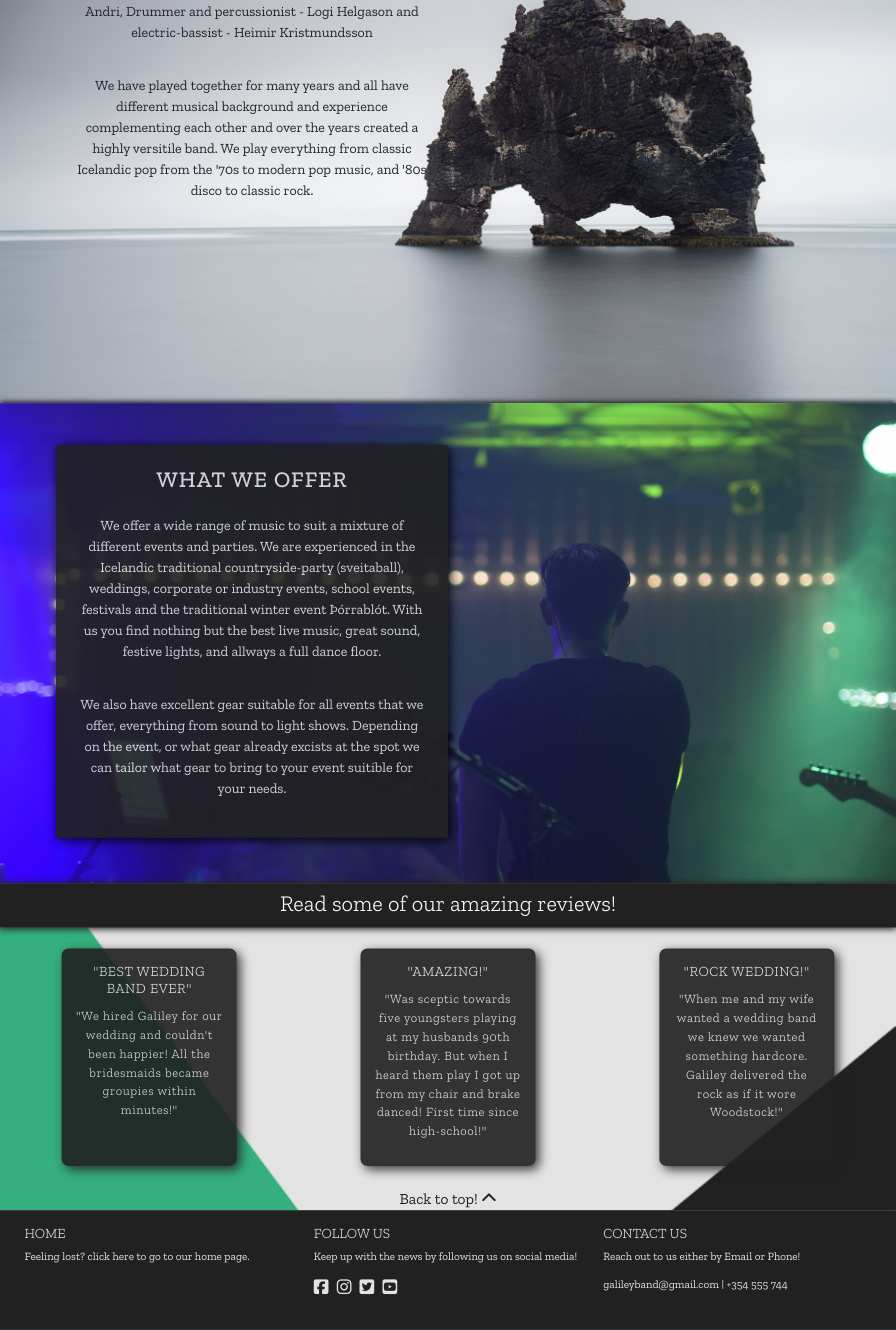
Repository: HeimirDavid/Galiley-Website
Page: index.html
The author's editor kept a record of every edit. The page is drawn from the files as they stood at one moment, then again after the next edit.
The browser window is 1280 px wide. The pictures show the part of the page from y = 827 to 2747 px (the page is 2727 px tall before and 2747 px after), at 70% of full size.
Backgrounds fixed to the window are drawn as part of the page. Some web libraries are served in a nearby version.

Above is the page before.

After the next edit:
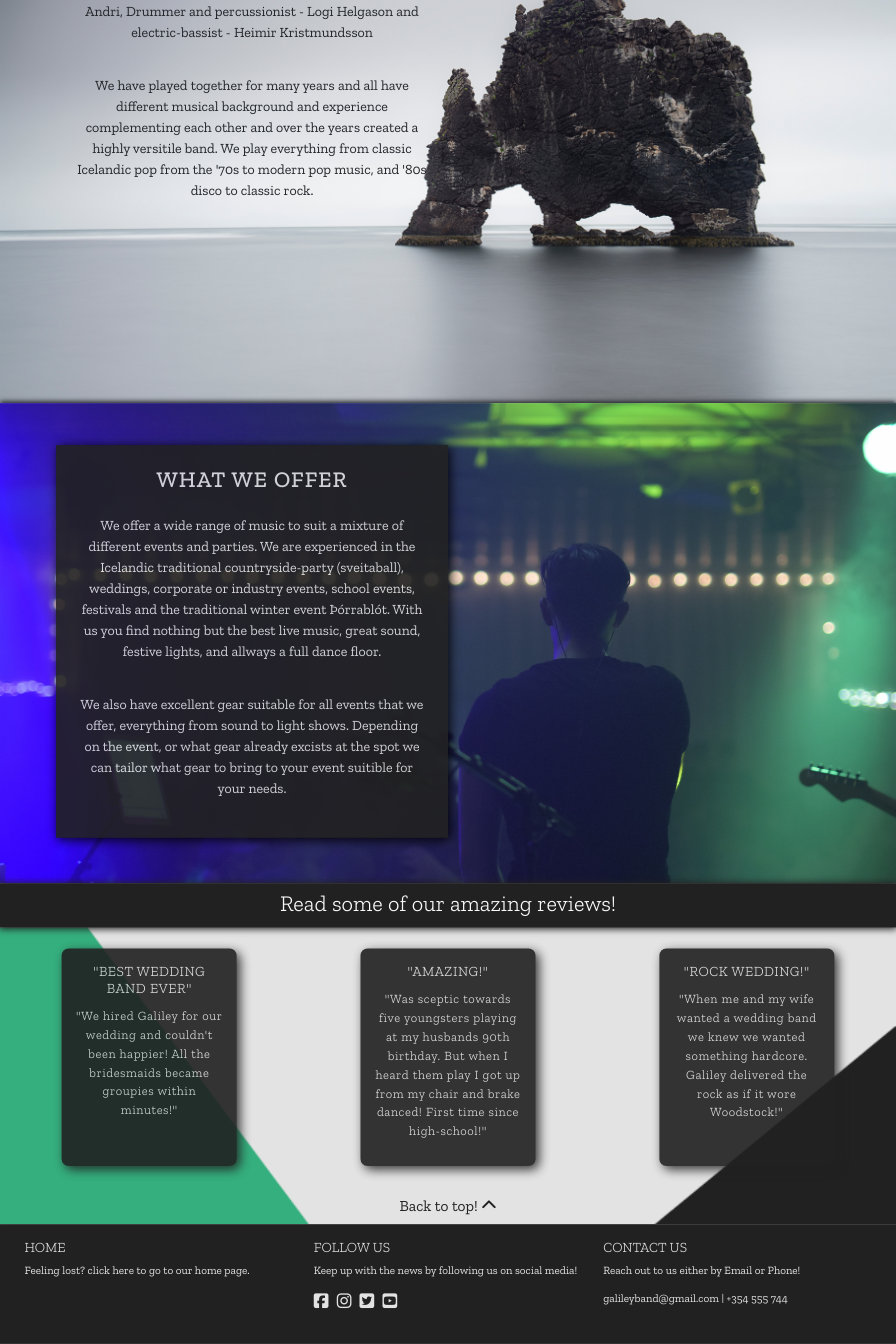
The edit:
--- a/assets/css/style.css
+++ b/assets/css/style.css
@@ -54,6 +54,10 @@
 
 .text-center {
     text-align: center;
+}
+
+.gotop-col {
+    padding: 10px;
 }
 
 .gotopbtn {
